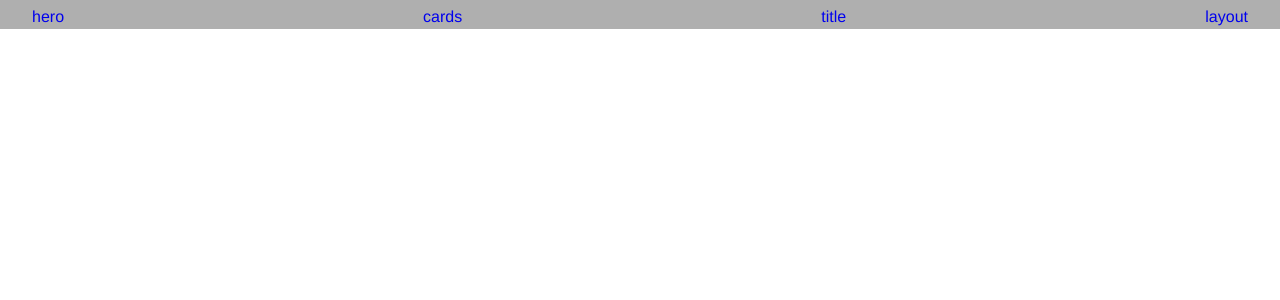
Repository: Ndifoinhilary/css_grid
Page: css-grid-learn/index.html
An editor plug-in stored every save of this project. The page is shown before and after the next save, followed by the edit.
The browser window is 1280 px wide. The pictures show the whole page.

Above is the page before, as saved 2024-01-28 10:15:56.

After the next save:
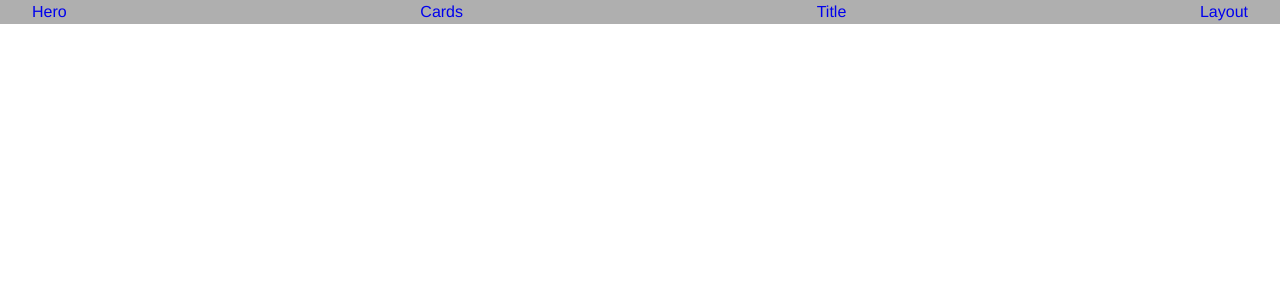
Saved 2 min 19 s later.
--- a/css-grid-learn/main.css
+++ b/css-grid-learn/main.css
@@ -105,7 +105,7 @@ navbar css here
     flex-wrap: wrap;
  }
 
- li{
-    margin-top:5px ;
-    color: var(--primaryColor);
+ .nav-links a {
+    text-transform: capitalize;
+    display: block;
  }
